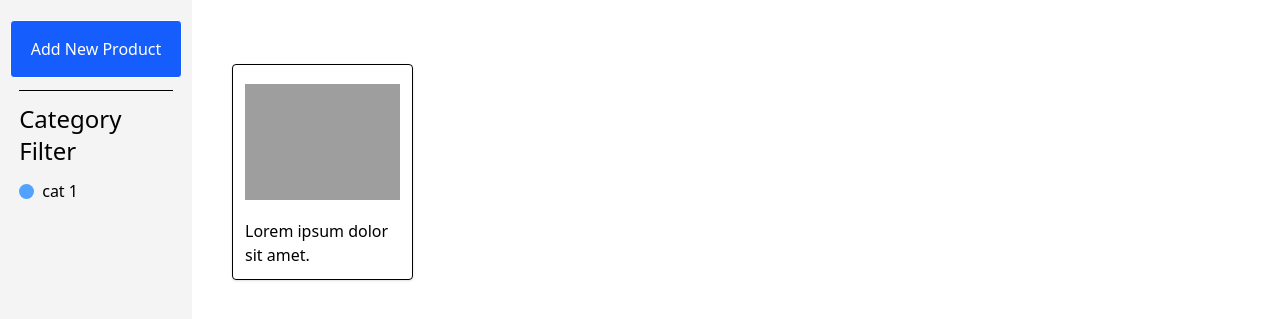
Repository: Habeebur1493/project
Page: /Home
An editor plug-in stored every save of this project. The page is shown before and after the next save, followed by the edit.
The browser window is 1280 px wide. The pictures show the whole page.
Pictures or frames that could not be fetched are drawn as grey boxes. The project was rebuilt for these pictures with package versions that can differ from the ones it lists, and the page was loaded fresh each time. Also part of the build but not shown: vite.config.js, src/Components/Login.jsx, src/Components/Details.jsx.

Above is the page before, as saved 2025-01-31 11:37:32.

### index.html
<!doctype html>
<html lang="en">
  <head>
    <meta charset="UTF-8" />
    <meta name="viewport" content="width=device-width, initial-scale=1.0" />
    <title>Project</title>
  </head>
  <body>
    <div id="root"></div>
    <script type="module" src="/src/main.jsx"></script>
  </body>
</html>

### src/main.jsx
import React from "react";
import { createRoot } from "react-dom/client";
import App from "./App.jsx";
import { BrowserRouter } from "react-router-dom";

createRoot(document.getElementById("root")).render(

    <BrowserRouter>
      <App />
    </BrowserRouter>

);

### src/App.jsx
import React from "react";
import "./App.css";
import { Route, Routes } from "react-router-dom";
import Login from "./Components/Login.jsx";
import Home from "./Components/Home.jsx";
import Details from "./Components/Details.jsx";

const App = () => {
  return (
    <div className="h-screen w-screen flex">
      <Routes>
        <Route path="/" element={<Login />} />
        <Route path="/Home" element={<Home />} />
        <Route path="/details/:id" element={<Details />} />
      </Routes>
    </div>
  );
};

export default App;

### src/Components/Home.jsx
import React from 'react'
import Nav from './Nav'
import { Link } from 'react-router-dom'



const Home = () => {
  return (
    <>
    <Nav />

    <div className='w-[85%] p-10 pt-[5%] flex flex-wrap overflow-x-hidden overflow-y-auto'>
          <Link
          to='/details/1'
            className='mr-3 mb-3 card p-3 border shadow rounded w-[18%] h-[30vh] flex-col flex
            justify-center items-center'>
            <div
               className='hover:scale-110 mb-3 w-full h-[80%] bg-contain bg-no-repeat bg-center'
               style={{
                  backgroundImage:
                      "url(https://fakestoreapi.com/img/81fPKd-2AYL._AC_SL1500_.jpg)",
               }}
            ></div>
            <h1 className="hover:text-blue-300">Lorem ipsum dolor sit amet.</h1>
        </Link>
    </div>
    </>
  )
}

export default Home

### src/Components/Nav.jsx
import React from 'react'

const Nav = () => {
  return (
    <nav className='w-[15%] h-full bg-zinc-100 flex flex-col items-center pt-5'>
    <a className='py-4 px-5 border rounded text-white bg-blue-600'
    href="/create">
      Add New Product
    </a>
    <hr  className='my-3 w-[80%]'/>
    <h1 className='text-2xl mb-3 w-[80%]'>Category Filter</h1>
    <ul className='w-[80%]'>
      <li className='flex items-center mb-3'>
        <span className='rounded-full mr-2 w-[15px] h-[15px] bg-blue-400'></span>{""}
        cat 1
      </li>
    </ul>
  </nav>
  )
}

export default Nav

Loaded but not shown: src/App.css (common file)

After the next save:
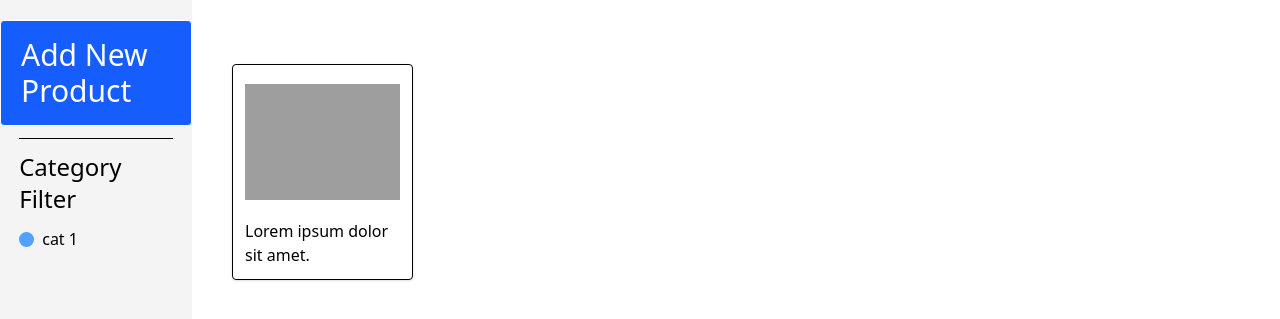
Saved 19 s later.
--- a/src/Components/Nav.jsx
+++ b/src/Components/Nav.jsx
@@ -3,7 +3,7 @@ import React from 'react'
 const Nav = () => {
   return (
     <nav className='w-[15%] h-full bg-zinc-100 flex flex-col items-center pt-5'>
-    <a className='py-4 px-5 border rounded text-white bg-blue-600'
+    <a className='py-4 px-5 border rounded text-white text-3xl bg-blue-600'
     href="/create">
       Add New Product
     </a>
